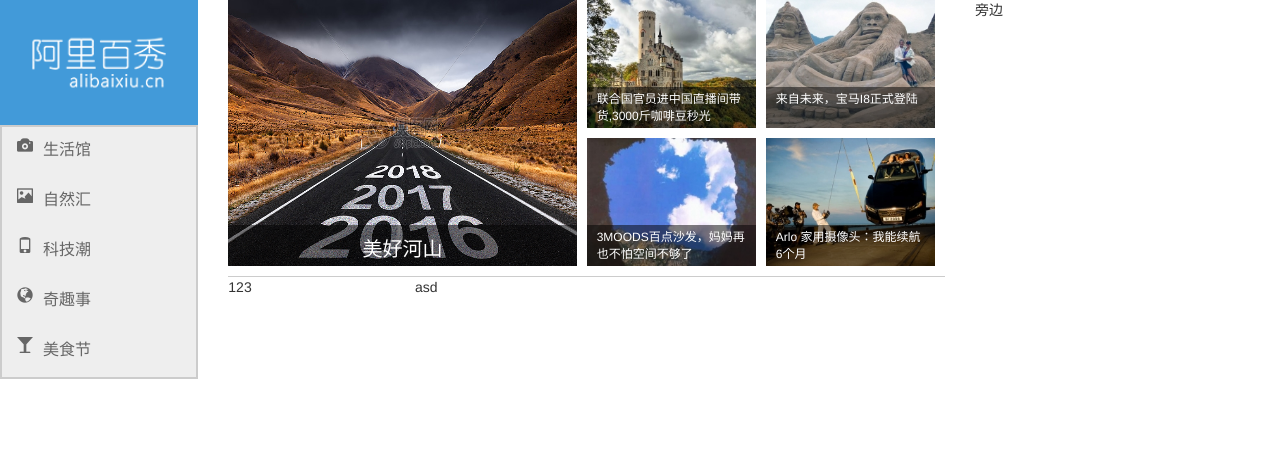
Repository: zhangwen001208/bootstrap-demo
Page: index.html
These files come from the project's save history. The page is drawn as it stood at one moment and after the next save; the edit follows.
The browser window is 1280 px wide. The pictures show the whole page.

Above is the page before, as saved 2022-09-08 15:40:35.

### index.html
<!DOCTYPE html>
<html lang="en">
<head>
    <meta charset="UTF-8">
    <meta http-equiv="X-UA-Compatible" content="IE=edge">
    <meta name="viewport" content="width=device-width, initial-scale=1.0">
    <link rel="stylesheet" href="./bootstrap/css/bootstrap.min.css">
    <link rel="stylesheet" href="./css/index.css">

    <title>Document</title>
</head>
<body>
    <div class="container">
        <div class="row">
            <header class="col-md-2">
                <div class="logo">
                    <img src="./images/logo.png" alt="">
                </div>
                <div class="nav">
                    <ul class="nav flex-column">
                        <li class="nav-item">
                          <a class="nav-link active glyphicon glyphicon-camera" href="#">生活馆</a>
                        </li>
                        <li class="nav-item">
                          <a class="nav-link glyphicon glyphicon-picture" href="#">自然汇</a>
                        </li>
                        <li class="nav-item">
                          <a class="nav-link glyphicon glyphicon-phone" href="#">科技潮</a>
                        </li>
                        <li class="nav-item">
                          <a class="nav-link glyphicon glyphicon-globe ">奇趣事</a>
                        </li>
                        <li class="nav-item">
                            <a class="nav-link glyphicon glyphicon-glass">美食节</a>
                          </li>
                      </ul>
                </div>

            </header>
            <article class="col-md-7 ">
             <div>
                <ul class="item clearfix">
                    <li>
                        <a href="">
                        <img src="./images/news-1.jpg" alt="">
                        <p>美好河山</p>
                        </a>
                   </li>
                    <li><a href="">
                        <img src="./images/news-2.jpg" alt="">
                        <p>联合国官员进中国直播间带货,3000斤咖啡豆秒光</p>
                    </a></li>
                    <li><a href="">
                        <img src="./images/news-3.jpg" alt="">
                        <p>来自未来，宝马I8正式登陆</p>
                    </a></li>
                    <li><a href="">
                        <img src="./images/news-4.jpg" alt="">
                        <p>3MOODS百点沙发，妈妈再也不怕空间不够了</p>
                    </a></li>
                    <li><a href="">
                        <img src="./images/news-5.jpg" alt="">
                        <p>Arlo 家用摄像头：我能续航6个月</p>
                    </a></li>
                  </ul>
             </div>
              <div class="page">
                <div class="row">
                    <div class="col-sm-3">123</div>
                    <div class="col-sm-9">asd</div>
                </div>
              </div>

            </article>
            <aside class="col-md-3">
                旁边

            </aside>



        </div>
    </div>

</body>
</html>

### css/index.css

 @media screen and (min-width: 1280px) {
    .container {
        width: 1280px
    }

 }
 ul{
    padding: 0;
    margin: 0;
 }
 ul>li {
    list-style: none;
    text-decoration: none;

 }
 a {
    color: #666;
 }
 a:hover {
    text-decoration: none;
 }
 p{
    margin-bottom: 0;
 }






 header {
    padding-left: 0 !important;

 }
 .logo {
    background-color: #429ad9;


 }
 .logo img {
    width: 100%;

 }
 .nav {
    border: 1px solid #ccc ;
    background-color: #eee;
 }

 .nav-item a {
    display: block;
    font-size: 16px;
    height: 50px;
 }
.nav-item a::before {
    vertical-align: middle;
    padding-right: 10px;
}
.nav-item:hover {
    background-color: #fff !important;
}

article {
    padding: 0;
}

.item li {

    float: left;
    width: 25%;
    height: 128px;
    padding-right: 10px;
    margin-bottom: 10px;

}
.item li a {
    position: relative;
    display: block;
    width: 100%;
    height: 100%;
}


.item li:nth-child(1) {
    width: 50%;
    height: 266px;
    padding-right: 10px;


}
.item li:nth-child(1) p {
    font-size: 20px;
    line-height: 41px;
    text-align: center;
}
.item li>a img {
    width: 100%;
    height: 100%;

}
.item li>a p {
    position: absolute;
    display: block;
    height: 41px;

    width: 100%;
    bottom: 0;
    left: 0;
    background: rgba(0, 0, 0, 0.5);
    font-size: 12px;
    padding: 4px 10px;
    color: #fff;

}
.page {
    display: block;
    height: 168px;

}
.page {
    border-top: 1px solid #ccc;
}

Loaded but not shown: bootstrap/css/bootstrap.min.css (library)

After the next save:
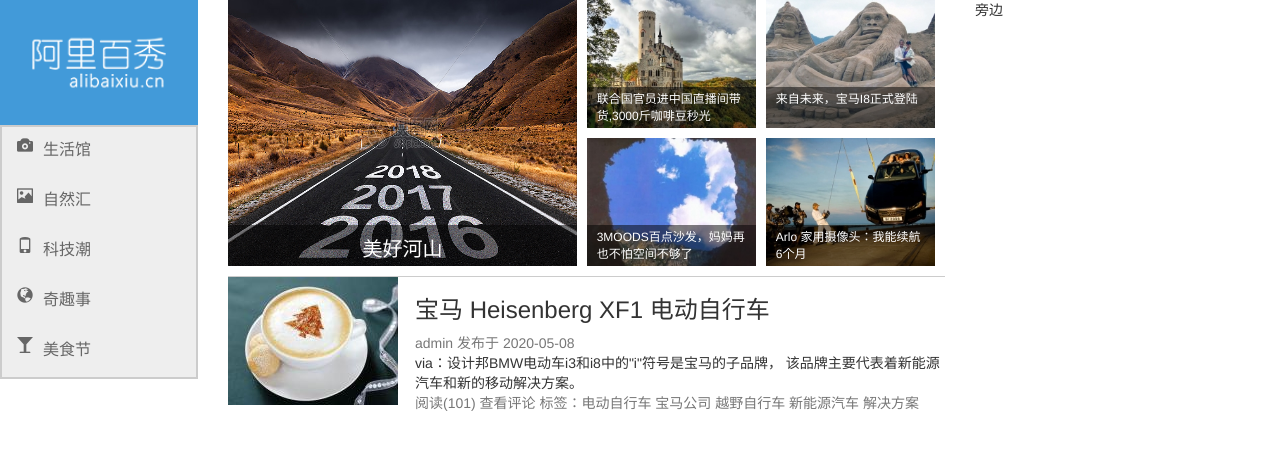
Saved 8 min 43 s later.
--- a/index.html
+++ b/index.html
@@ -66,8 +66,15 @@
              </div>
               <div class="page">
                 <div class="row">
-                    <div class="col-sm-3">123</div>
-                    <div class="col-sm-9">asd</div>
+                    <div class="col-sm-3">
+                        <img src="./images/news-6.jpg" alt="">
+                    </div>
+                    <div class="col-sm-9">
+                        <h3>宝马 Heisenberg XF1 电动自行车</h3>
+                        <p class="text-muted">admin 发布于 2020-05-08</p>
+                        <p>via：设计邦BMW电动车i3和i8中的"i"符号是宝马的子品牌， 该品牌主要代表着新能源汽车和新的移动解决方案。</p>
+                        <p class="text-muted">阅读(101) 查看评论 标签：电动自行车 宝马公司 越野自行车 新能源汽车 解决方案</p>
+                    </div>
                 </div>
               </div>
 
